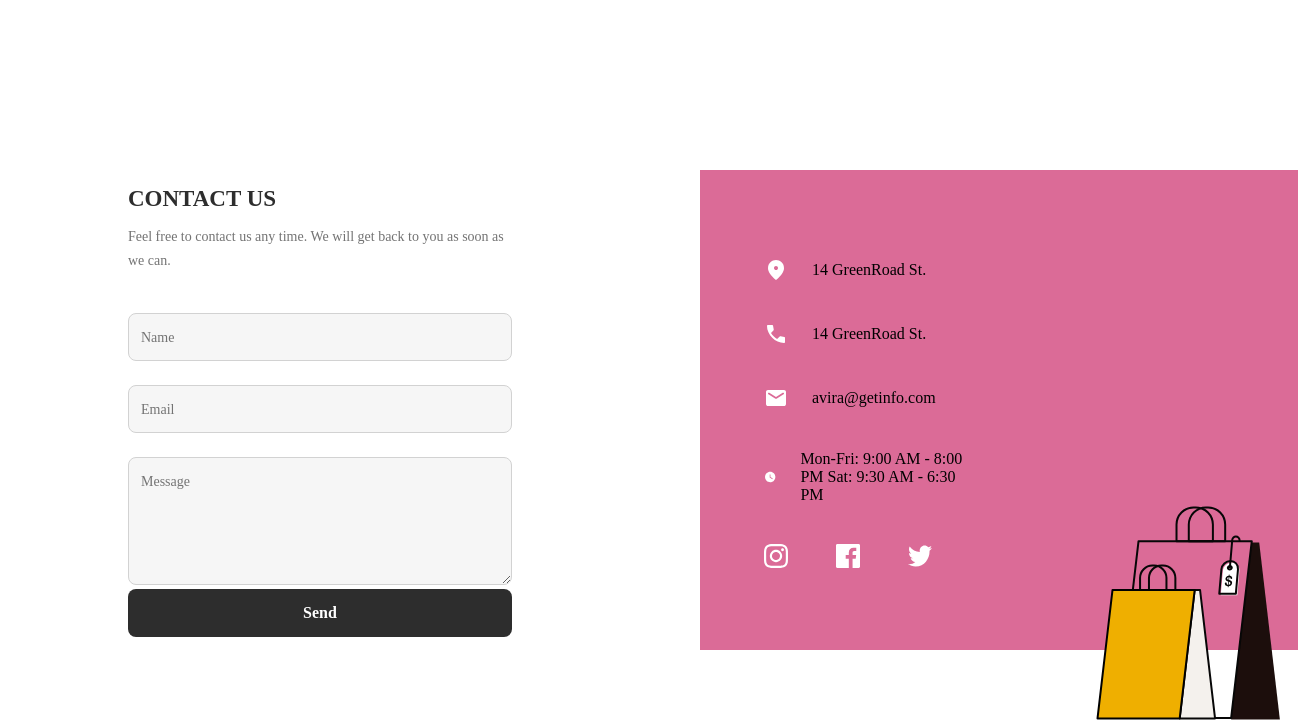
Repository: MehdiKerimov/figma-task-27
Page: pages/contactPage/index.html
The author's editor kept a copy of each file at every save. The page is drawn from the files as they stood at one save, then again after the next save.
The browser window is 1280 px wide. The page is 1298 px wide, so the pictures cover 1298 px, including what lies to the right of the window. The pictures show the whole page.
The style sheet was rebuilt from its Sass, Less or Tailwind sources for each picture, by a compiler version that may differ from the author's.

Above is the page before, as saved 2024-02-25 16:40:34.

After the next save:
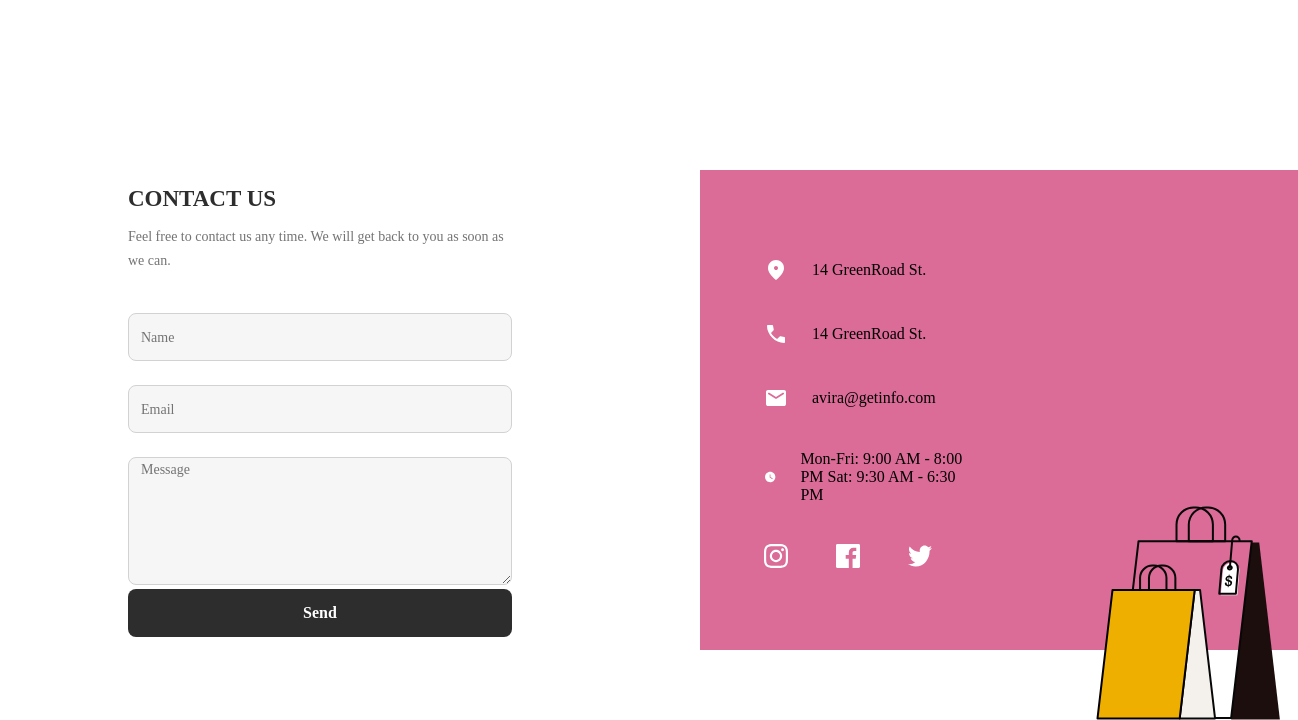
Saved 17 s later.
--- a/pages/contactPage/index.scss
+++ b/pages/contactPage/index.scss
@@ -55,7 +55,7 @@
             border: 1px solid var(--Neutrals-Rule, #D2D2D2);
             background: var(--Neutrals-Text-field-bg, #F6F6F6);
             outline: none;
-            padding: 12px;
+            padding: 0  12px;
             &::placeholder{
                 color: var(--Text-Color-Tertiary, #737373);
 
